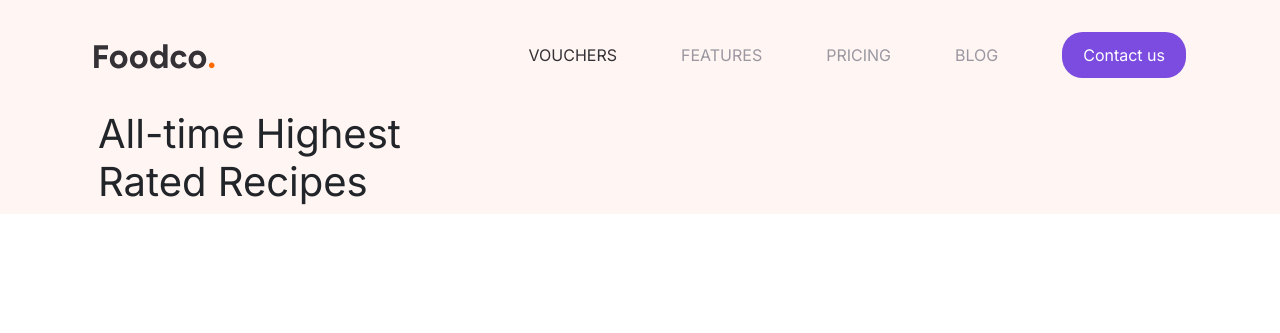
Repository: badhon252/Foodco
Page: index.html
The author's editor kept a copy of each file at every save. The page is drawn from the files as they stood at one save, then again after the next save.
The browser window is 1280 px wide. The pictures show the whole page.
The style sheet was rebuilt from its Sass, Less or Tailwind sources for each picture, by a compiler version that may differ from the author's.

Above is the page before, as saved 2022-09-15 15:29:10.

After the next save:
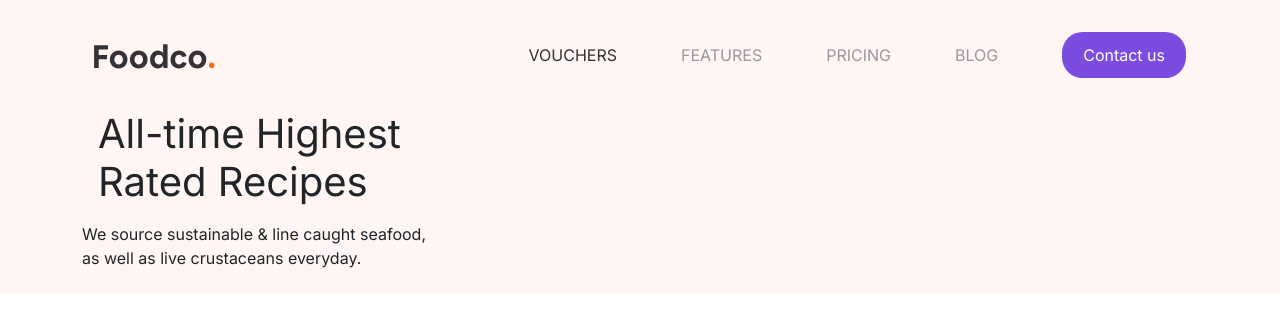
Saved 27 s later.
--- a/index.html
+++ b/index.html
@@ -51,6 +51,8 @@
                 <div class="row">
                     <div class="col-md-4">
                         <h1 class="px-3">All-time <span>Highest</span> Rated Recipes</h1>
+                        <p class="py-2">We source sustainable & line caught seafood, as well as live crustaceans
+                            everyday.</p>
                     </div>
                     <div class="col-md-8"></div>
                 </div>
